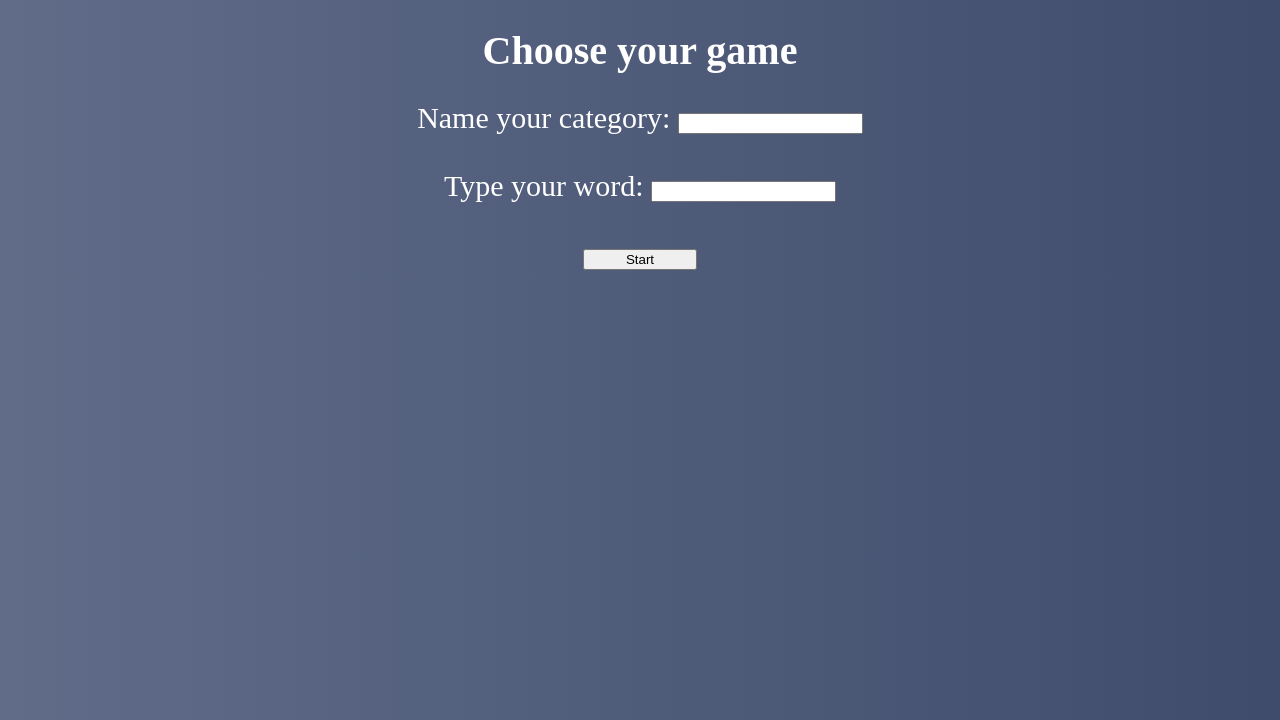
Repository: Darkingfired/Game
Page: index.html
The author's editor kept a copy of each file at every save. The page is drawn from the files as they stood at one save, then again after a run of saves.
The browser window is 1280 px wide. The pictures show the whole page.

Above is the page before, as saved 2022-09-09 04:29:58.
Console error: ReferenceError: HangMan is not defined

After the next 2 saves:
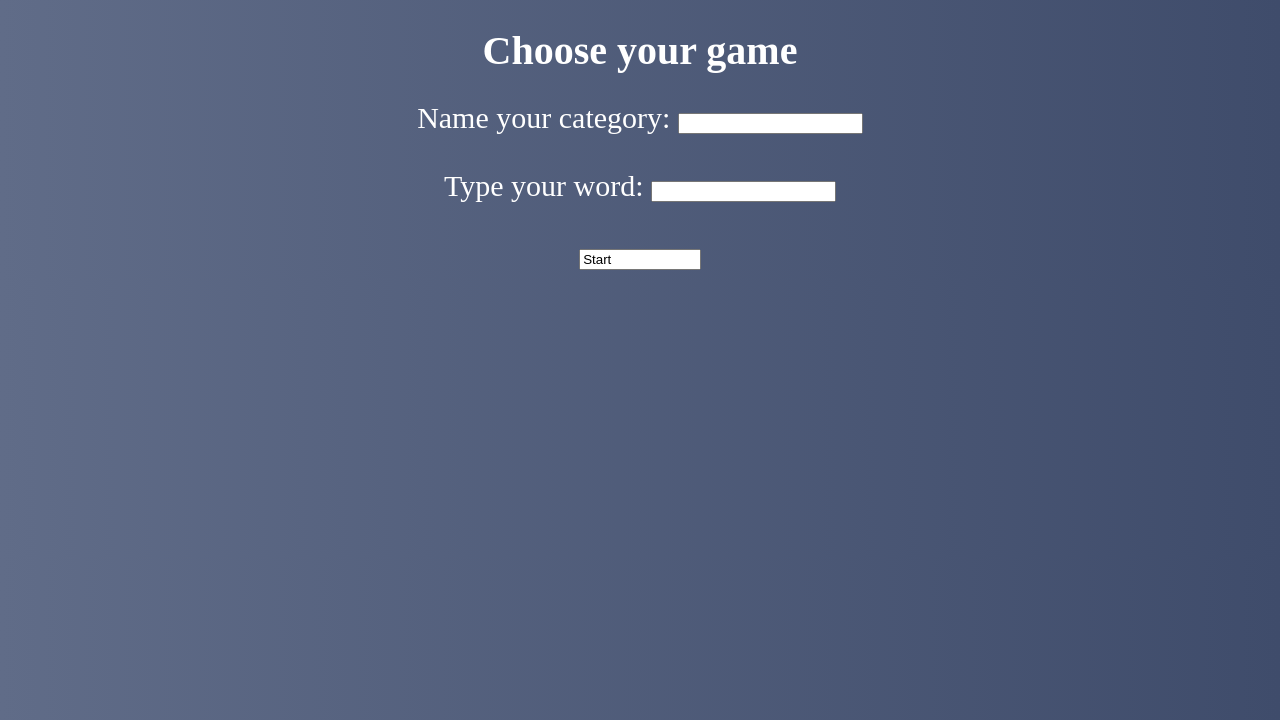
The 2 saves are shown as one change because they came seconds apart.
The last was saved 4 days later.
--- a/index.html
+++ b/index.html
@@ -15,7 +15,7 @@
       <input type="text" id="fname" name="fname"><br><br>
       <label for="lname">Type your word:</label>
       <input type="text" id="lname" name="lname"><br><br>
-      <input style="width: 9%" style ="height: 6%" type="submit" value="Start">
+      <input style="width: 9%" style ="height: 6%" type id = ""="submit" value="Start">
     </form>
         <!--* <button class="button button4"><a>click here</a></button> -->
   </body>

After the 4 saves that followed:
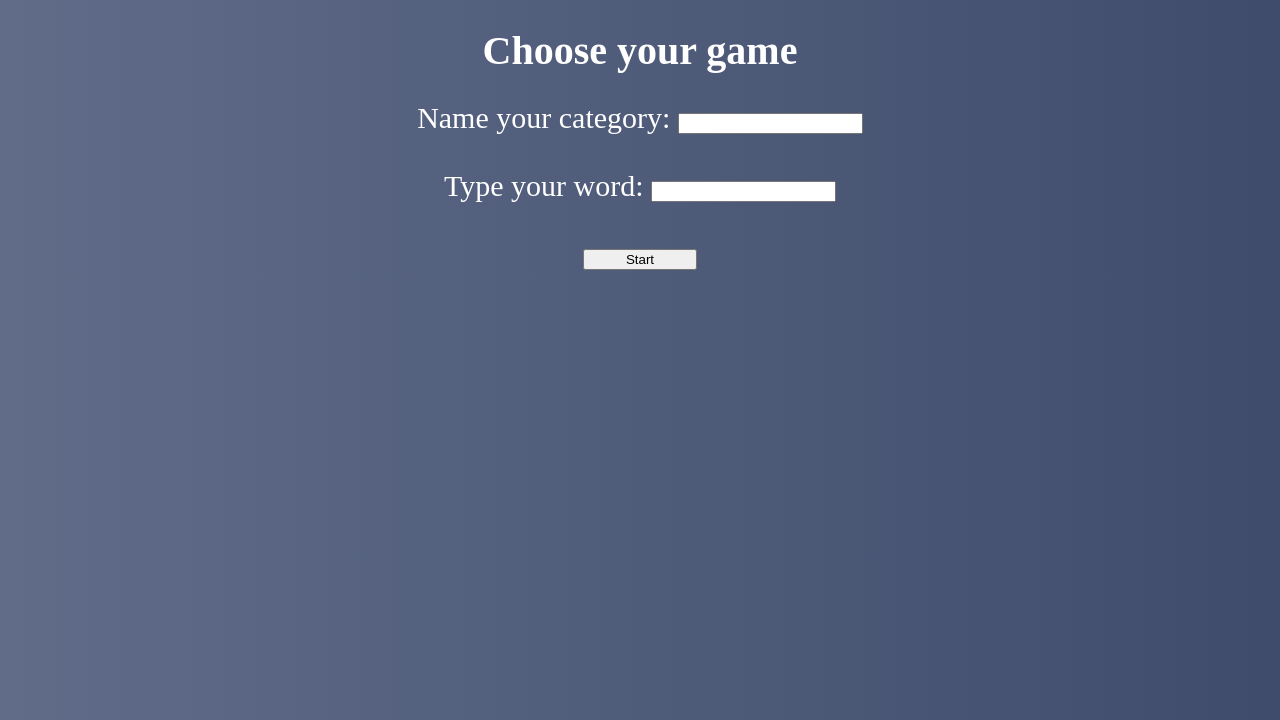
The 4 saves are shown as one change because 1 left the picture as it was and some came seconds apart.
The last was saved 19 s later.
--- a/index.html
+++ b/index.html
@@ -15,7 +15,7 @@
       <input type="text" id="fname" name="fname"><br><br>
       <label for="lname">Type your word:</label>
       <input type="text" id="lname" name="lname"><br><br>
-      <input style="width: 9%" style ="height: 6%" type id = ""="submit" value="Start">
+      <input style="width: 9%" style ="height: 6%" id = "button" type="submit" value="Start">
     </form>
         <!--* <button class="button button4"><a>click here</a></button> -->
   </body>
